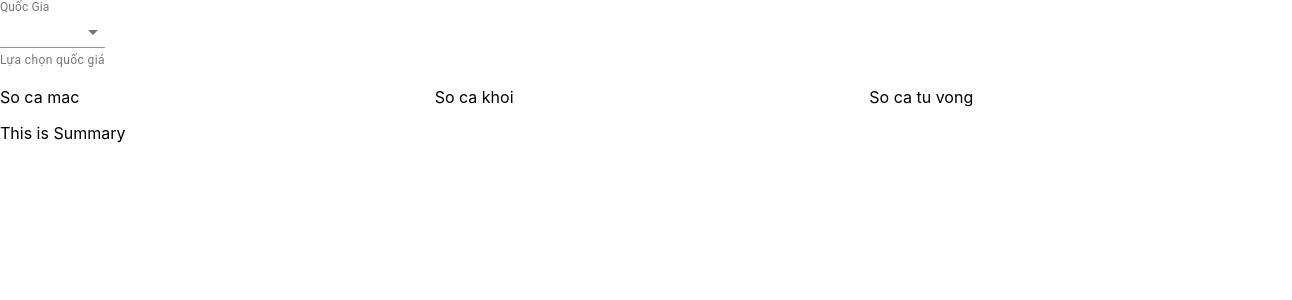
Repository: nguy3nds/covid-app
Page: /
These files come from the project's save history. The page is drawn as it stood at one moment and after the next save; the edit follows.
The browser window is 1280 px wide. The page is 1292 px wide, so the pictures cover 1292 px, including what lies to the right of the window. The pictures show the whole page.
The page's requests for data from a server got no answer. The project was rebuilt for these pictures with package versions that can differ from the ones it lists, and the page was loaded fresh each time. No one was signed in, and anything a server would have sent is missing.

Above is the page before, as saved 2021-10-08 02:56:43.

### src/App.js
import { useEffect, useState } from "react";
import { getCountries } from "./apis";
import CountrySelector from "./components/CountrySelector";
import Highlight from "./components/Highlight";
import Summary from "./components/Summary";

function App() {
  const [countries, setCountries] = useState([]);

  useEffect(() => {
    getCountries().then((res) => {
      setCountries(res.data);
    });
  }, []);

  return (
    <div>
      <CountrySelector countries={countries} />
      <Highlight />
      <Summary />
    </div>
  );
}

export default App;

### src/apis/index.js
import axios from "axios";

export const getCountries = () => {
  return axios.get("https://api.covid19api.com/countries");
};

### src/components/CountrySelector/index.js
import {
  FormControl,
  InputLabel,
  NativeSelect,
  FormHelperText,
} from "@material-ui/core";
import React from "react";

export default function CountrySelector({ value, hanhleChange, countries }) {
  return (
    <FormControl>
      <InputLabel htmlFor="" shrink>
        Quốc Gia
      </InputLabel>
      <NativeSelect
        value={value}
        onChange={hanhleChange}
        inputProps={{ name: "country", id: "country-selector" }}
      >
        {countries.map((country) => {
          return (
            <option value={country.ISO2.toLowerCase()}>
              {country.Country}
            </option>
          );
        })}
      </NativeSelect>
      <FormHelperText>Lựa chọn quốc giá</FormHelperText>
    </FormControl>
  );
}

### src/components/Highlight/index.js
import React from "react";
import { Grid } from "@material-ui/core";

export default function Highlight() {
  return (
    <Grid container spacing={3}>
      <Grid item sm={4} xs={12}>
        <p>So ca mac</p>
      </Grid>
      <Grid item sm={4} xs={12}>
        <p>So ca khoi</p>
      </Grid>
      <Grid item sm={4} xs={12}>
        <p>So ca tu vong</p>
      </Grid>
    </Grid>
  );
}

### src/components/Summary/index.js
import React from "react";

export default function Summary() {
  return <div>This is Summary</div>;
}

Loaded but not shown: public/index.html (common file); src/index.js (common file); src/index.css (common file)

After the next save:
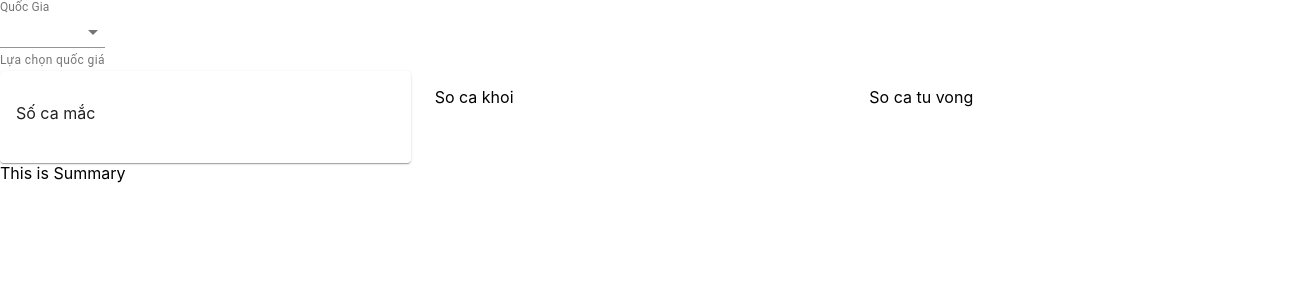
Saved 85 s later.
--- a/src/components/Highlight/index.js
+++ b/src/components/Highlight/index.js
@@ -1,11 +1,15 @@
 import React from "react";
-import { Grid } from "@material-ui/core";
+import { Grid, Card, CardContent } from "@material-ui/core";
 
 export default function Highlight() {
   return (
     <Grid container spacing={3}>
       <Grid item sm={4} xs={12}>
-        <p>So ca mac</p>
+        <Card>
+          <CardContent component="p" variant="body2">
+            Số ca mắc
+          </CardContent>
+        </Card>
       </Grid>
       <Grid item sm={4} xs={12}>
         <p>So ca khoi</p>
